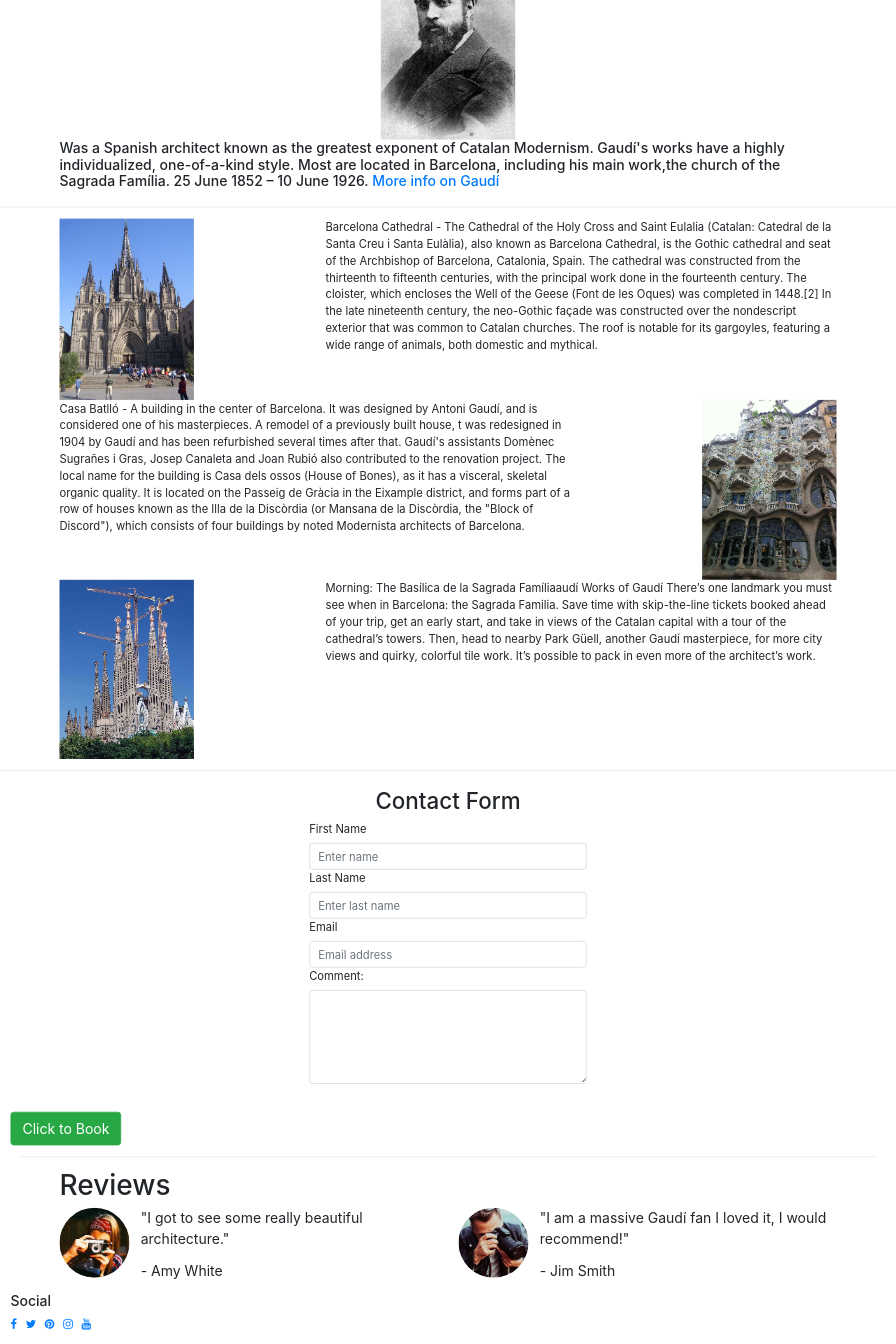
Repository: Taitdanielle/Milestone1
Page: index.html
The author's editor kept a record of every edit. The page is drawn from the files as they stood at one moment, then again after the next edit.
The browser window is 1280 px wide. The pictures show the part of the page from y = 1025 to 2945 px (the page is 2945 px tall before and 2913 px after), at 70% of full size.

Above is the page before.

### index.html
<!DOCTYPE html>
<html lang="en">

<head>
    <meta charset="UTF-8">
    <title>Gaudí in a day!</title>
    <meta name="viewport" content="width=device-width, initial-scale=1.0">
    <meta http-equiv="X-UA-Compatible" content="ie=edge">
    <link href="https://fonts.googleapis.com/css?family=Lato&display=swap" rel="stylesheet">
    <link rel="stylesheet" href="https://stackpath.bootstrapcdn.com/bootstrap/4.3.1/css/bootstrap.min.css" integrity="sha384-ggOyR0iXCbMQv3Xipma34MD+dH/1fQ784/j6cY/iJTQUOhcWr7x9JvoRxT2MZw1T" crossorigin="anonymous">
    <link rel="stylesheet" href="https://cdnjs.cloudflare.com/ajax/libs/font-awesome/4.7.0/css/font-awesome.min.css">
    <link rel="stylesheet" href="css/style.css" type="text/css" />
</head>

<body>

    <!-- nav -->

    <nav class="navbar navbar-expand-lg navbar-light bg-light nav-bar-hover">
        <a class="navbar-brand">Gaudí in a Day</a>
        <button class="navbar-toggler" type="button" data-toggle="collapse" aria-expanded="false" aria-label="Toggle navigation">
    <span class="navbar-toggler-icon"></span>
  </button>
        <div class="collapse navbar-collapse">
            <ul class="navbar-nav">
                <li class="nav-item active">
                    <a class="nav-link" href="#home">Home <span class="sr-only">(current)</span></a>
                </li>
                <li class="nav-item">
                    <a class="nav-link" href="#about">About</a>
                </li>
                <li class="nav-item">
                    <a class="nav-link" href="#review">Reviews</a>
                </li>
            </ul>
        </div>
    </nav>

    <!--Hero image and website slogan-->

    <header id="intro-image">
        <div class="container-fluid">
            <div class="row h-100 align-items-center justify-content-center text-center">
                <div class="col-12">
                    <h1><b>Gaudí in a Day</b></h1>
                    <div class="col-12 mw-100">
                        <p>There are landmark's you must see when in Barcelona and for Gaudí fans this is the right place to be!</p>
                    </div>
                </div>
            </div>
        </div>
    </header>

    <!-- end hero image /-->

    <div class="container text-center">
        <h2> How to do Gaudí in a day?</h2>
        <p> For Gaudí fans this is the right place to be Save time with skip-the-line tickets booked ahead of your trip, get an early start, and take in views Catalan capital with a tour of the cathedral’s towers. Then, head to nearby Park Güell, another
            Gaudí masterpiece, for more city views and quirky, colorful tile work. It’s possible to pack in even more of the architect’s work with a Gaudí-themed tour that includes entrance to both Sagrada Familia and Park Güell, plus a walk down Passeig
            de Gracia to see Casa Batlló and La Pedrera from the outside. Have a look of some of the famous buildings below! </p>
    </div>

    <hr class="block-divider block-divider--short">

    <!-- image cards -->

    <div class="container">
        <div class="row">
            <div class="col-md-4">
                <div class="card-class">
                    <a href="#card1">
                    <img src="images/gaudi2.jpg" class="card-img-top" alt="Casa Battlo Building"></a>
                    <div class="card-body">
                        <p class="card-text text-center"> <b>Casa Batlló</b></p>
                    </div>
                </div>
            </div>

            <div class="col-md-4">
                <div class="card-class">
                    <a href="#card2">
                    <img src="images/Sta-eulalia.jpg" class="card-img-top" alt="The Cathedral of Barcelona"></a>
                    <div class="card-body">
                        <p class="card-text text-center"> <b>The Cathedral of Barcelona</b></p>
                    </div>
                </div>
            </div>

            <div class="col-md-4">
                <div class="card-class">
                    <a href="#card3">
                    <img src="images/sagrada-familia.jpg" class="card-img-top" alt="sagrada familia"></a>
                    <div class="card-body">
                        <p class="card-text text-center"><b>Sagrada Familia</b>
                        </p>
                    </div>
                </div>
            </div>
        </div>
    </div>

    <!-- Gaudi info -->

    <hr class="block-divider block-divider--short">

    <div class="container">
        <div class="row">
            <div class="col-md-12 title-heading-conatainer">
                <h3>Antoni Gaudí </h3>
            </div>
            <div id="about" class="col-md-12 text-center">
                <img src="images/gaudi.jpg" alt="antoni gaudi">
            </div>
            <div class="col-md-12">
                <h5>Was a Spanish architect known as the greatest exponent of Catalan Modernism. Gaudí's works have a highly individualized, one-of-a-kind style. Most are located in Barcelona, including his main work,the church of the Sagrada Família. 25
                    June 1852 – 10 June 1926.
                    <a href="https://en.wikipedia.org/wiki/Antoni_Gaud%C3%AD" target="_blank"> More info on Gaudí</a></h5>
            </div>
        </div>
    </div>
    <hr class="block-divider block-divider--short">
    <!-- Gaudi info End -->

    <!-- image info -->

    <div class="container">
        <div class="row">
            <div class="col-md-4">
                <img src="images/Sta-eulalia.jpg" class="float-left" alt="barrigotic building">
            </div>
            <div class="col-md-8" id="card2">
                <p class="par-padding-left">Barcelona Cathedral - The Cathedral of the Holy Cross and Saint Eulalia (Catalan: Catedral de la Santa Creu i Santa Eulàlia), also known as Barcelona Cathedral, is the Gothic cathedral and seat of the Archbishop of Barcelona, Catalonia,
                    Spain. The cathedral was constructed from the thirteenth to fifteenth centuries, with the principal work done in the fourteenth century. The cloister, which encloses the Well of the Geese (Font de les Oques) was completed in 1448.[2]
                    In the late nineteenth century, the neo-Gothic façade was constructed over the nondescript exterior that was common to Catalan churches. The roof is notable for its gargoyles, featuring a wide range of animals, both domestic and mythical.
                </p>
            </div>
        </div>
    </div>

    <div class="container">
        <div class="row">
            <div class="col-md-8">
                <p class="par-padding-right" id="card1"> Casa Batlló - A building in the center of Barcelona. It was designed by Antoni Gaudí, and is considered one of his masterpieces. A remodel of a previously built house, t was redesigned in 1904 by Gaudí and has been refurbished several
                    times after that. Gaudí's assistants Domènec Sugrañes i Gras, Josep Canaleta and Joan Rubió also contributed to the renovation project. The local name for the building is Casa dels ossos (House of Bones), as it has a visceral, skeletal
                    organic quality. It is located on the Passeig de Gràcia in the Eixample district, and forms part of a row of houses known as the Illa de la Discòrdia (or Mansana de la Discòrdia, the "Block of Discord"), which consists of four buildings
                    by noted Modernista architects of Barcelona.</p>
            </div>
            <div class="col-md-4">
                <img src="images/gaudi2.jpg" class="float-right" alt="Building">
            </div>
        </div>
    </div>

    <div class="container">
        <div class="row">
            <div class="col-md-4" id="card3">
                <img src="images/sagrada-familia.jpg" class="float-left" alt=building>
            </div>
            <div class="col-md-8">
                <p class="par-padding-left">Morning: The Basílica de la Sagrada Famíliaaudí Works of Gaudí There’s one landmark you must see when in Barcelona: the Sagrada Familia. Save time with skip-the-line tickets booked ahead of your trip, get an early start, and take in views
                    of the Catalan capital with a tour of the cathedral’s towers. Then, head to nearby Park Güell, another Gaudí masterpiece, for more city views and quirky, colorful tile work. It’s possible to pack in even more of the architect’s work.</p>
            </div>
        </div>
    </div>

    <!-- Image info end /-->

    <hr class="block-divider block-divider--short">

    <!-- Contact Form -->

    <section class="container-fluid form mt-4" id="contact">
        <form action="#" method="post">
            <h2 class="text-center">Contact Form</h2>
            <div class="row">
                <div class="col-md-4 offset-md-4">
                    <label for="form-name">First Name</label>
                    <input type="text" class="form-control" id="form-name" placeholder="Enter name" name="name required">
                </div>
            </div>
            <div class="row">
                <div class="col-md-4 offset-md-4"">
                    <label for="lastname">Last Name</label>
                    <input type="text" class="form-control" id="lastname" placeholder="Enter last name" name="lastname required">
                </div>
            </div>
            <div class="row">
                <div class="col-md-4 offset-md-4">
                    <label for="email">Email</label>
                    <input type="email" class="form-control" name="email required" id="email" placeholder="Email address">
                </div>
            </div>
            <div class="row">
                <div class="col-md-4 offset-md-4"">
                    <div class="form-group">
                        <label for="comment">Comment:</label>
                        <textarea class="form-control" rows="5" id="comment" name="text required"></textarea>
                    </div>
                    <br>
                </div>
            </div>
            <div id="book">
                <button type="button" class="btn btn-success btn-lg" data-toggle="modal" data-target="#myModal">Click to
            Book</button></div>
            </div>
            <!-- Form End /-->

            <!-- Modal -->
            <div id="myModal" class="modal fade" role="dialog">
                <div class="modal-dialog">

                    <!-- Modal content-->
                    <div class="modal-content">
                        <div class="modal-header">
                            <h4 class="modal-title">Thank you for your request!</h4>
                        </div>
                        <div class="modal-body">
                            <p>You will receive a response as soon as possible.</p>
                        </div>
                        <div class="modal-footer">
                            <button type="button" class="btn btn-default" data-dismiss="modal">Close</button>
                        </div>
                    </div>

                </div>
            </div>
            <!-- Reviews -->
            <!-- /.callout -->
            <div class="container-fluid callout-container">
                <hr class="block-divider block-divider--short">
                <!-- Quotes -->
                <div class="container-wrapper">
                    <div class="container quotes-container content-container">
                        <section class="quotes">
                            <h1>Reviews </h1>
                            <div class="row">
                                <div class="col-12 page-header">
                                </div>
                            </div>
                            <div class="row">
                                <div class="col-12 col-md-6" id="review">
                                    <div class="media">
                                        <div class="d-none d-sm-block">
                                            <img src="images/girl.jpg" class="rounded-circle mr-3" height=100 width=100 alt="girl">
                                        </div>
                                        <div class="media-body">
                                            <blockquote class="blockquote">
                                                <p>"I got to see some really beautiful architecture."</p>
                                                <p>- Amy White</p>
                                            </blockquote>
                                        </div>
                                    </div>
                                </div>
                                <div class="col-12 col-md-6">
                                    <div class="media">
                                        <div class="d-none d-sm-block">
                                            <img src="images/man.jpg" class="rounded-circle mr-3" height=100 width=100 alt="man">
                                        </div>
                                        <div class="media-body">
                                            <blockquote class="blockquote">
                                                <p>"I am a massive Gaudí fan I loved it, I would recommend!"</p>
                                                <p>- Jim Smith</p>
                                            </blockquote>
                                        </div>
                                    </div>
                                </div>
                            </div>
                    </div>
                    </section>
                    <!-- Reviews end -->
                    <!-- footer -->

                    <footer class="container-fluid">
                        <div id="footer-details" class="row">
                            <div class="col-sm-4">
                                <h5 class="uppercase general-sub">Social</h5>
                                <ul class="list-inline social-links">
                                    <li class="list-inline-item">
                                        <a target="_blank" href="https://www.facebook.com">
                            <i class="fa fa-facebook" aria-hidden="true"></i>
                            <span class="sr-only">Facebook</span>
                        </a>
                                    </li>
                                    <li class="list-inline-item">
                                        <a target="_blank" href="https://www.twitter.com">
                            <i class="fa fa-twitter" aria-hidden="true"></i>
                            <span class="sr-only">Twitter</span>
                        </a>
                                    </li>
                                    <li class="list-inline-item">
                                        <a target="_blank" href="https://www.pinterest.co.uk/">
                            <i class="fa fa-pinterest" aria-hidden="true"></i>
                            <span class="sr-only">Pinterest</span>
                        </a>
                                    </li>
                                    <li class="list-inline-item">
                                        <a target="_blank" href="https://www.instagram.com">
                            <i class="fa fa-instagram" aria-hidden="true"></i>
                            <span class="sr-only">Instagram</span>
                        </a>
                                    </li>
                                    <li class="list-inline-item">
                                        <a target="_blank" href="https://www.youtube.com/">
                            <i class="fa fa-youtube" aria-hidden="true"></i>
                            <span class="sr-only">YouTube</span>
                        </a>
                                    </li>
                                </ul>
                            </div>
                        </div>
                </div>
</body>

</html>
<script src="https://code.jquery.com/jquery-3.3.1.slim.min.js" integrity="sha384-q8i/X+965DzO0rT7abK41JStQIAqVgRVzpbzo5smXKp4YfRvH+8abtTE1Pi6jizo" crossorigin="anonymous"></script>
<script src="https://cdnjs.cloudflare.com/ajax/libs/popper.js/1.14.3/umd/popper.min.js" integrity="sha384-ZMP7rVo3mIykV+2+9J3UJ46jBk0WLaUAdn689aCwoqbBJiSnjAK/l8WvCWPIPm49" crossorigin="anonymous"></script>
<script src="https://stackpath.bootstrapcdn.com/bootstrap/4.1.3/js/bootstrap.min.js" integrity="sha384-ChfqqxuZUCnJSK3+MXmPNIyE6ZbWh2IMqE241rYiqJxyMiZ6OW/JmZQ5stwEULTy" crossorigin="anonymous"></script>

### css/style.css
container {
    background-color: #FBEAFF;
}

After the next edit:
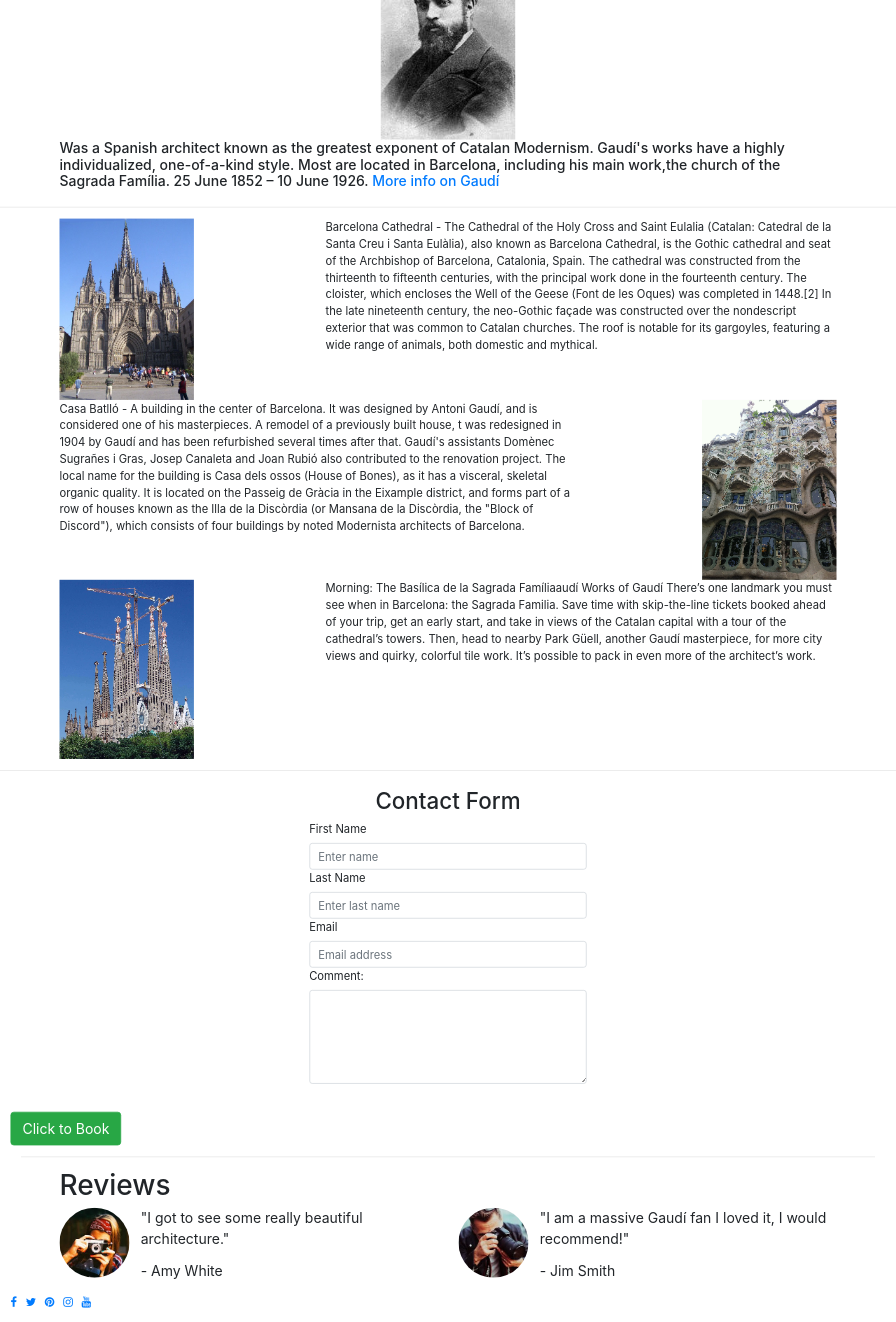
The edit:
--- a/index.html
+++ b/index.html
@@ -272,8 +272,7 @@
 
                     <footer class="container-fluid">
                         <div id="footer-details" class="row">
-                            <div class="col-sm-4">
-                                <h5 class="uppercase general-sub">Social</h5>
+                            <div class="col-sm-12">
                                 <ul class="list-inline social-links">
                                     <li class="list-inline-item">
                                         <a target="_blank" href="https://www.facebook.com">
